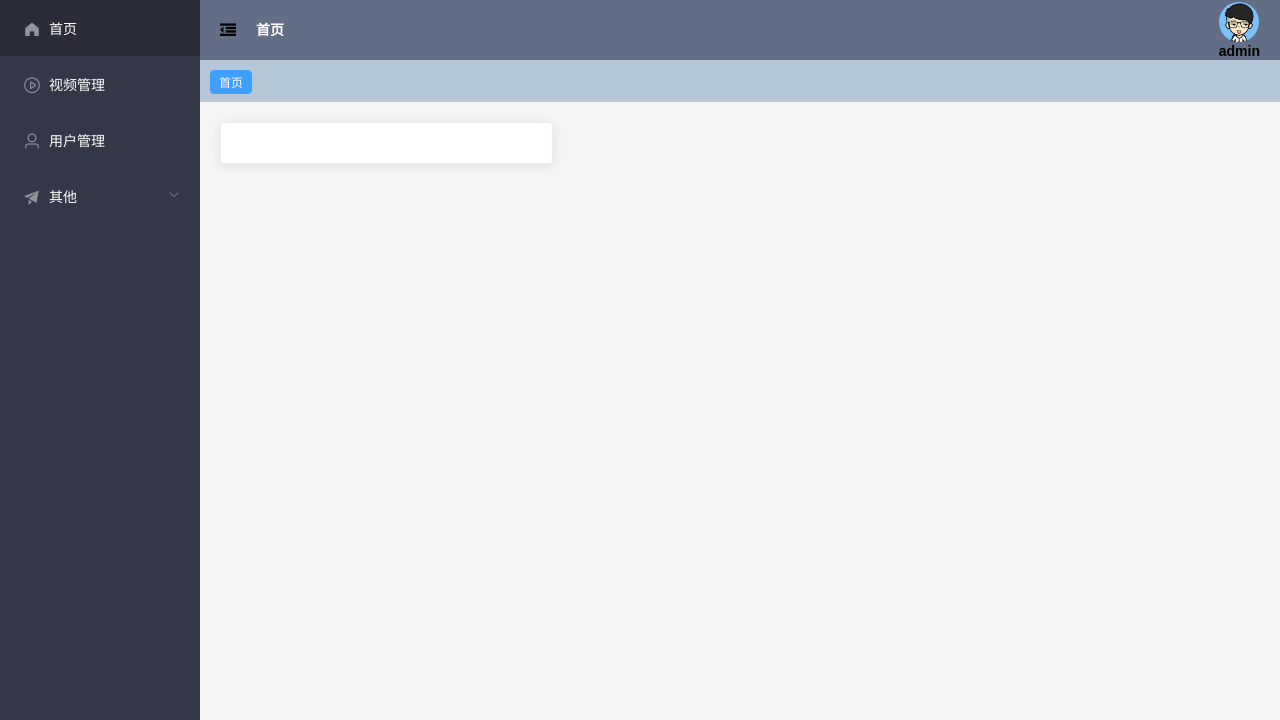
Repository: coWhy/vue-manage
Page: /
An editor plug-in stored every save of this project. The page is shown before and after the next save, followed by the edit.
The browser window is 1280 px wide. The pictures show the whole page.
The project was rebuilt for these pictures with package versions that can differ from the ones it lists, and the page was loaded fresh each time. Also part of the build but not shown: vue.config.js.

Above is the page before, as saved 2020-04-13 22:39:49.

After the next save:
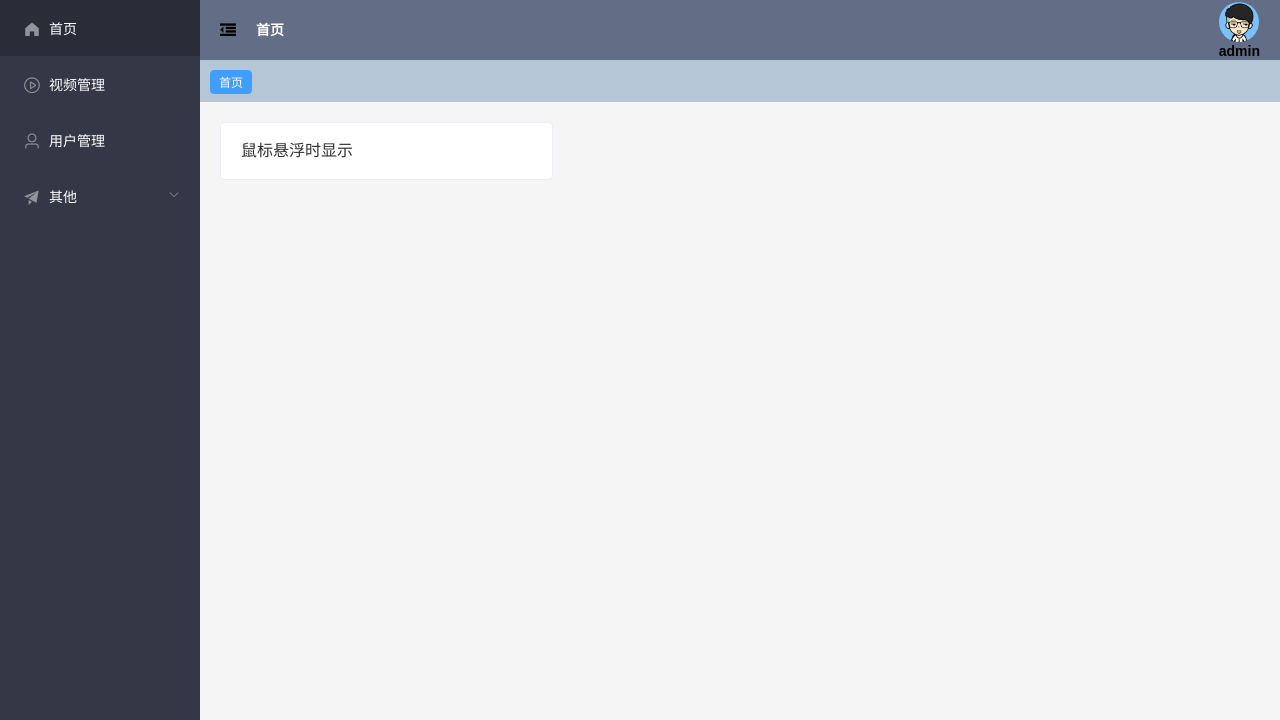
Saved 25 s later.
--- a/src/views/home/index.vue
+++ b/src/views/home/index.vue
@@ -1,7 +1,9 @@
 <template>
   <el-row class="home" :gutter="20">
     <el-col :span="8">
-      <el-card></el-card>
+      <el-card shadow="hover">
+        鼠标悬浮时显示
+      </el-card>
     </el-col>
     <el-col :span="16"></el-col>
   </el-row>
